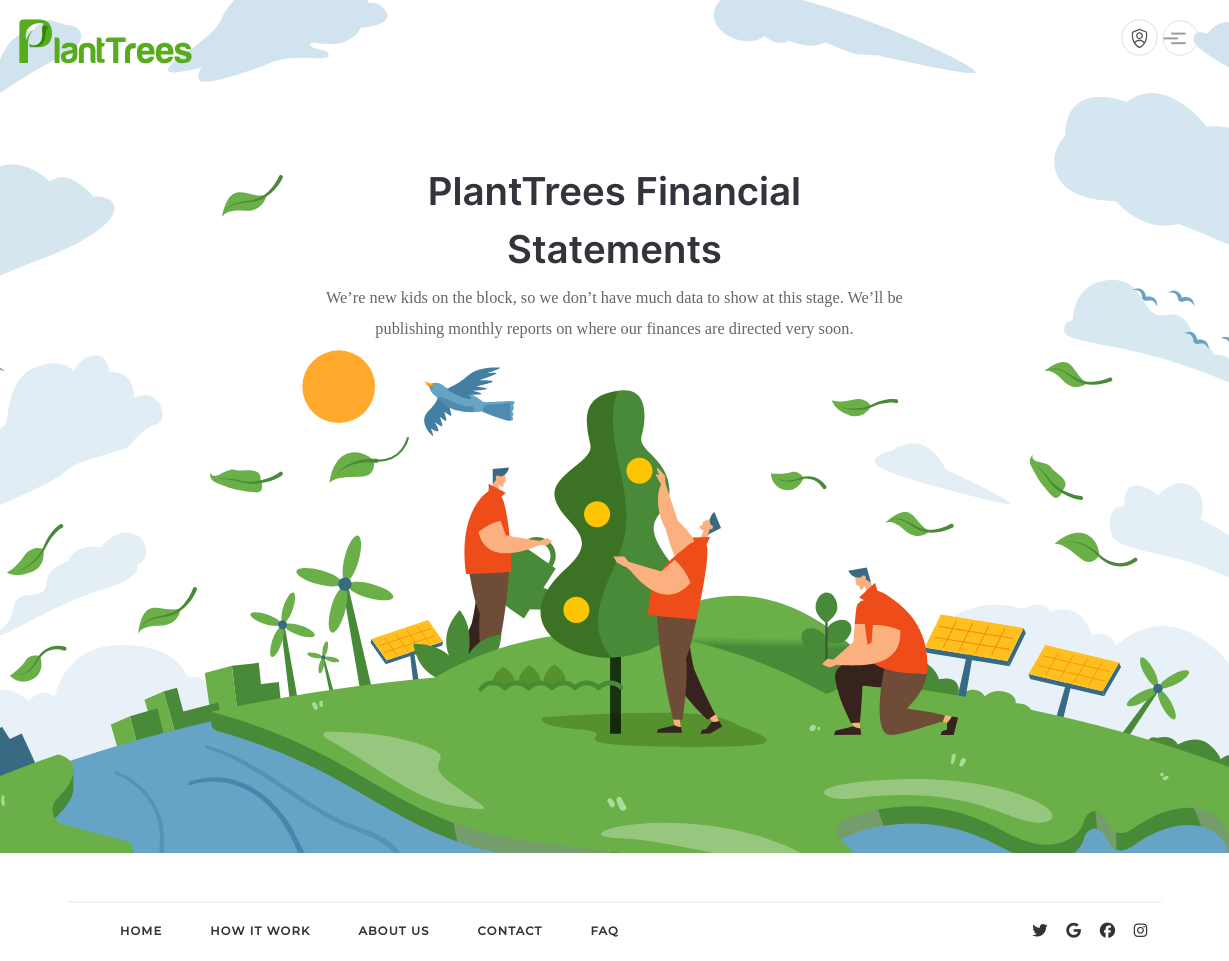
Repository: caothaito/b6g6
Page: bogo/financial.html
An editor plug-in stored every save of this project. The page is shown before and after the next save, followed by the edit.
The browser window is 1280 px wide. The pictures show the whole page, at 96% of full size.
Some web libraries are served in a nearby version. The style sheet was rebuilt from its Sass, Less or Tailwind sources for each picture, by a compiler version that may differ from the author's.

Above is the page before, as saved 2020-09-17 11:07:42.

### bogo/financial.html
<!DOCTYPE html>
<html lang="en">

<head>
    <meta charset="UTF-8">
    <meta name="viewport" content="width=device-width, initial-scale=1.0">
    <title>Document</title>
    <link rel="stylesheet" href="https://maxcdn.bootstrapcdn.com/bootstrap/4.0.0/css/bootstrap.min.css"
        integrity="sha384-Gn5384xqQ1aoWXA+058RXPxPg6fy4IWvTNh0E263XmFcJlSAwiGgFAW/dAiS6JXm" crossorigin="anonymous">

    <script src="https://ajax.googleapis.com/ajax/libs/jquery/3.5.1/jquery.min.js"></script>
    <!-- ==============fontawesome=== -->
    <script src="https://kit.fontawesome.com/c28984a6f5.js" crossorigin="anonymous"></script>
    <!-- ================owl================== -->
    <link rel="stylesheet" href="owlcarousel/assets/owl.carousel.min.css">
    <link rel="stylesheet" href="owlcarousel/assets/owl.theme.default.min.css">
    <script src="owlcarousel/owl.carousel.min.js"></script>

    <!-- =========================== -->
    <link rel="stylesheet" href="./assets/css/style.css">
    <link rel="stylesheet" href="./assets/css/financial.css">
</head>

<body>
    <div class="plant-trees-main main-contact-us float-left w-100">
        <div class="plant-trees-home  float-left w-100">
            <div class="plant-trees-home-searchTop float-left w-100 ">
                <a href="#" class="plant-trees-topLogo" id="topLogo">
                    <img src="./assets/images/logo.svg" alt="" class="plant-trees-logo">
                </a>
                <div class="plant-trees-searchRight float-right ">
                    <div class="plant-trees-account">
                        <div class="plant-trees-account-info" style="display:none">
                            <div class="item float-left ">
                                <div class="icon float-left">
                                    <img src="./assets/images/square.svg" alt="square.svg">
                                </div>
                                <div class="content float-right">
                                    <div class="title">Get Our App & Extension</div>
                                    <div class="desc">Protect your date on every device.</div>
                                </div>
                            </div>
                            <div class="item float-left ">
                                <div class="icon float-left">
                                    <img src="./assets/images/file.svg" alt="file.svg">
                                </div>
                                <div class="content float-right">
                                    <div class="title">Your searches are private</div>
                                    <div class="desc">We don't need to know what you do online. We don't record them.
                                    </div>
                                </div>
                            </div>
                            <div class="item float-left ">
                                <div class="icon float-left">
                                    <img src="./assets/images/browser.svg" alt="browser.svg">
                                </div>
                                <div class="content float-right">
                                    <div class="title">Your Searches Are Encrypted</div>
                                    <div class="desc">We protect your search behavior with encrypted connection.</div>
                                </div>
                            </div>
                            <div class="item float-left ">
                                <div class="icon float-left">
                                    <img src="./assets/images/secret-file.svg" alt="secret-file.svg">
                                </div>
                                <div class="content float-right">
                                    <div class="title">No tracking. No profiling</div>
                                    <div class="desc">We block hidden third-party trackers. We don't sell user's date.
                                    </div>
                                </div>
                            </div>
                        </div>
                    </div>
                    <div class="plant-trees-menu-mobile float-right">
                        <div class="nav-toggle">
                            <div class="nav-toggle-bar"></div>
                        </div>
                        <nav class="nav">
                            <ul>
                                <li class="menu-item menu-item-settings">
                                    <div class="wrap-link-item">
                                        <a href="#" title="Settings">Settings</a></div>
                                    <ul class="submenu">
                                        <li>
                                            <a href="#" title="Themes">Themes</a>
                                        </li>
                                        <li>
                                            <a href="#" title="Other settings">Other settings</a></li>
                                        <li>
                                            <a href="#" title="!Bang Search Shortcuts">!Bang SearchShortcuts</a>
                                        </li>
                                    </ul>
                                </li>

                            </ul>
                        </nav>
                    </div>
                </div>
            </div>
        </div>
    </div>

    <section>
        <div class="plant-trees-financial float-left w-100">
            <div class="container">
                <div class="row">
                    <div class="col-lg-12 col-md-12 col-sm-12">
                        <div class="plant-financialLeft float-left w-100">
                            <div class="financial-title float-left w-100 text-center">
                                <div class="">PlantTrees Financial</div>
                                <div class="">Statements</div>
                            </div>
                            <div class="financial-desc text-center">
                                <div class="">We’re new kids on the block, so we don’t have much data to show at this stage. We’ll be publishing monthly reports on where our finances are directed very soon. </div>
                            </div>
                        </div>
                    </div>
                </div>
            </div>
        </div>
    </section>



    <!-- ====footer=== -->
    <footer class="footer-home float-left w-100">
        <div class="wrap">
            <div class="container">
                <div class="row">

                    <div class="footer-top float-left w-100">
                        <div class="footer-top-left col-md-7 col-sm-12 col-xs-12">
                            <ul>
                                <li><a href="#">HOME</a></li>
                                <li><a href="#">How it work</a></li>
                                <li><a href="#">About Us</a></li>
                                <li><a href="#">Contact</a></li>
                                <li><a href="#">FAQ</a></li>
                            </ul>
                        </div>
                        <div class="footer-top-right col-md-5 col-sm-12 col-xs-12">
                            <a href="#"><i class="fab fa-twitter"></i></a>
                            <a href="#"><i class="fab fa-google"></i></a>
                            <a href="#"><i class="fab fa-facebook"></i></a>
                            <a href="#"><i class="fab fa-instagram"></i></a>
                        </div>
                    </div>
                </div>

            </div>
        </div>
    </footer>


    <script>
        $(document).ready(function () {
            $(".plant-trees-account").click(function () {
                $(".plant-trees-account-info").slideToggle();
            })
        })

        $('.owl-carousel').owlCarousel({
            loop: true,
            margin: 10,
            responsiveClass: true,
            nav: true,
            responsive: {
                0: {
                    items: 2
                },
                480: {
                    items: 2
                },
                768: {
                    items: 3,
                },
                1000: {
                    items: 3,
                }
            }
        })
    </script>
</body>

<script src="https://cdnjs.cloudflare.com/ajax/libs/popper.js/1.12.9/umd/popper.min.js"
    integrity="sha384-ApNbgh9B+Y1QKtv3Rn7W3mgPxhU9K/ScQsAP7hUibX39j7fakFPskvXusvfa0b4Q" crossorigin="anonymous">
</script>
<script src="https://maxcdn.bootstrapcdn.com/bootstrap/4.0.0/js/bootstrap.min.js"
    integrity="sha384-JZR6Spejh4U02d8jOt6vLEHfe/JQGiRRSQQxSfFWpi1MquVdAyjUar5+76PVCmYl" crossorigin="anonymous">
</script>
<script src="./assets/js/main.js"></script>

</html>

### bogo/assets/css/financial.scss
@mixin respond($breakpoint) {
    @if $breakpoint==phone {
        @media (max-width: 600px) {
            @content
        }

        ; //600px
    }

    @if $breakpoint==tab-port {
        @media (max-width: 900px) {
            @content
        }

        ; //900px
    }

    @if $breakpoint==tab-land {
        @media (max-width: 1200px) {
            @content
        }

        ; //1200px
    }

    @if $breakpoint==big-desktop {
        @media (min-width: 1800px) {
            @content
        }

        ; //1800px
    }
}
@font-face {
    font-family: Inter;
    src: url("../fonts/Inter-SemiBold_5a940f143aafecbf00719f75eea1dd90.otf");
}
img{
    width: 100%;
}

.plant-trees-financial{
    background-image: url('../images/financial/asset-1.svg') ;
    background-size: cover;
    background-position: bottom;
    background-repeat: no-repeat;
    max-width: 100%;
    .plant-financialLeft{

        padding: 170px 0 430px;
        .financial-title{
            color: #31343a;
            padding: 0 12px 5px;
            font-weight: 700;
            font-size: 40px;
            font-size: 2.5rem;
            font-family: Inter;
        }
        .financial-desc{
            padding: 0 250px 100px 250px;
            font-family: InterUI;
            font-size: 17px;
            line-height: 1.88;
            color: #666666;
        }
    }
}

Loaded but not shown: bogo/owlcarousel/assets/owl.carousel.min.css (library); bogo/owlcarousel/assets/owl.theme.default.min.css (common file); bogo/owlcarousel/owl.carousel.min.js (library); bogo/assets/js/main.js (33 lines, source omitted); bogo/assets/css/style.scss (784 lines, source omitted)

After the next save:
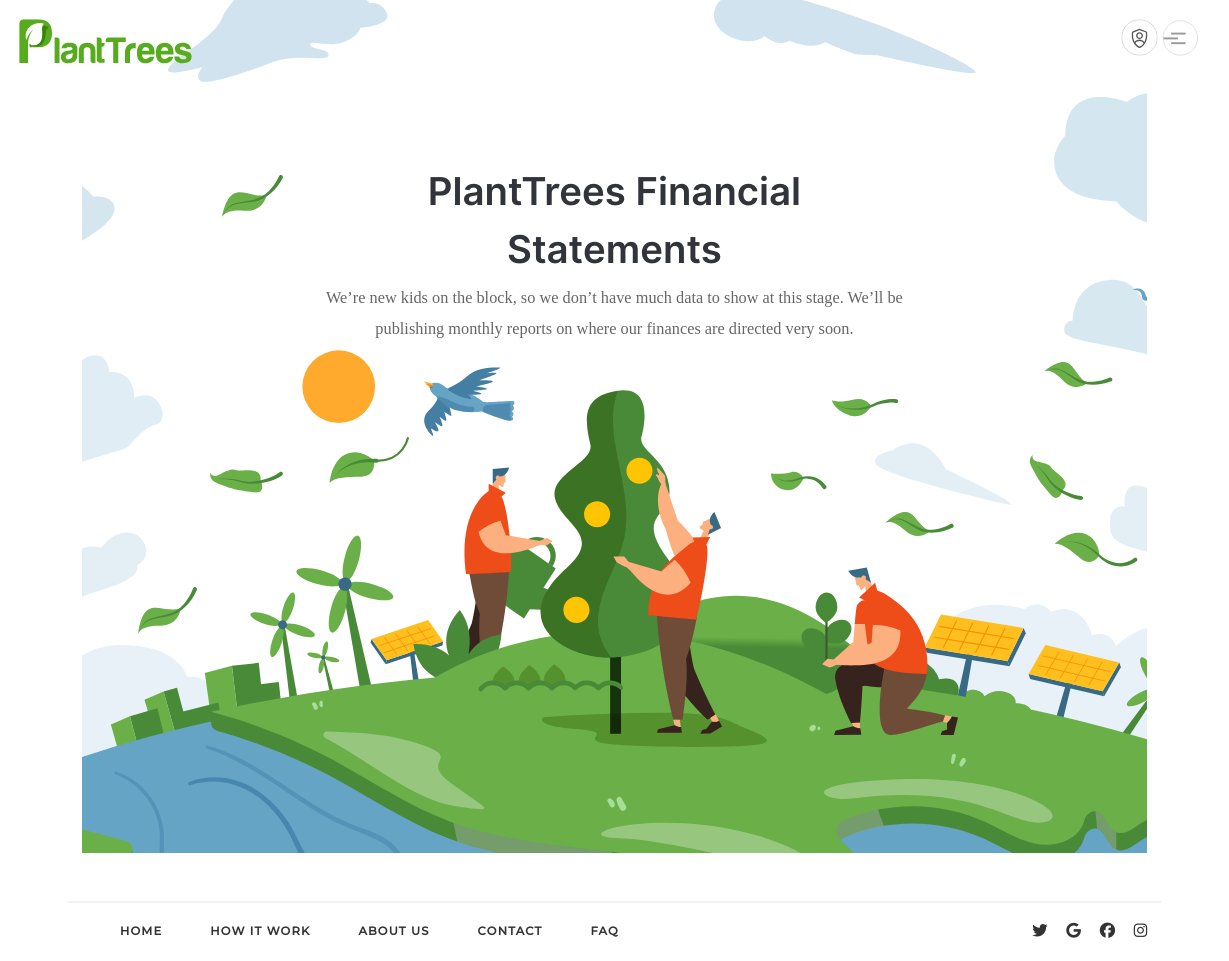
Saved 5 min 40 s later.
--- a/bogo/assets/css/financial.scss
+++ b/bogo/assets/css/financial.scss
@@ -40,13 +40,13 @@
 }
 
 .plant-trees-financial{
-    background-image: url('../images/financial/asset-1.svg') ;
-    background-size: cover;
-    background-position: bottom;
-    background-repeat: no-repeat;
+
     max-width: 100%;
     .plant-financialLeft{
-
+        background-image: url('../images/financial/asset-1.svg') ;
+        background-size: cover;
+        background-position: bottom;
+        background-repeat: no-repeat;
         padding: 170px 0 430px;
         .financial-title{
             color: #31343a;

After the save that followed:
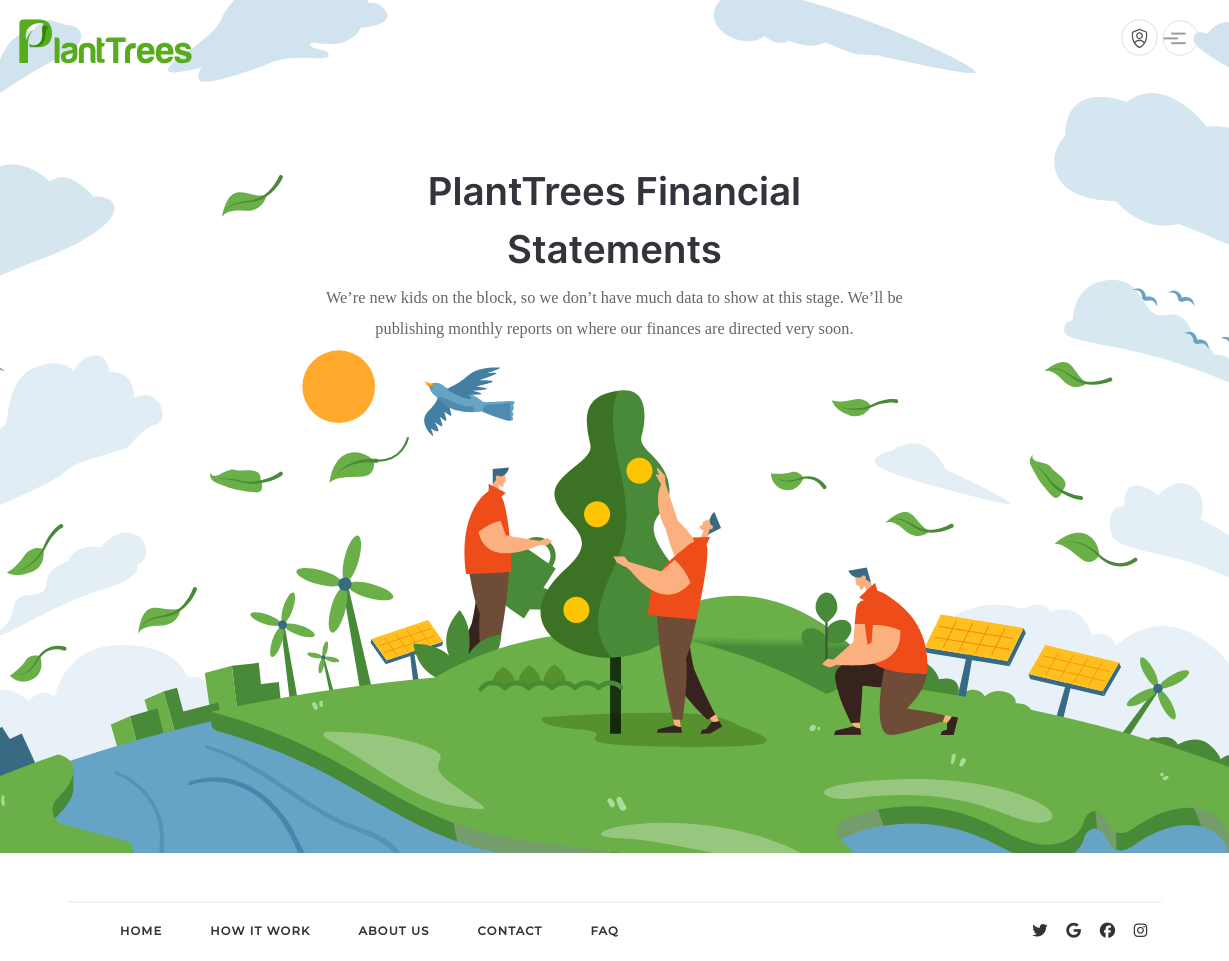
Saved 44 s later.
--- a/bogo/assets/css/financial.scss
+++ b/bogo/assets/css/financial.scss
@@ -40,13 +40,13 @@
 }
 
 .plant-trees-financial{
-
+    background-image: url('../images/financial/asset-1.svg') ;
+    background-size: cover;
+    background-position: bottom;
+    background-repeat: no-repeat;
     max-width: 100%;
     .plant-financialLeft{
-        background-image: url('../images/financial/asset-1.svg') ;
-        background-size: cover;
-        background-position: bottom;
-        background-repeat: no-repeat;
+
         padding: 170px 0 430px;
         .financial-title{
             color: #31343a;
